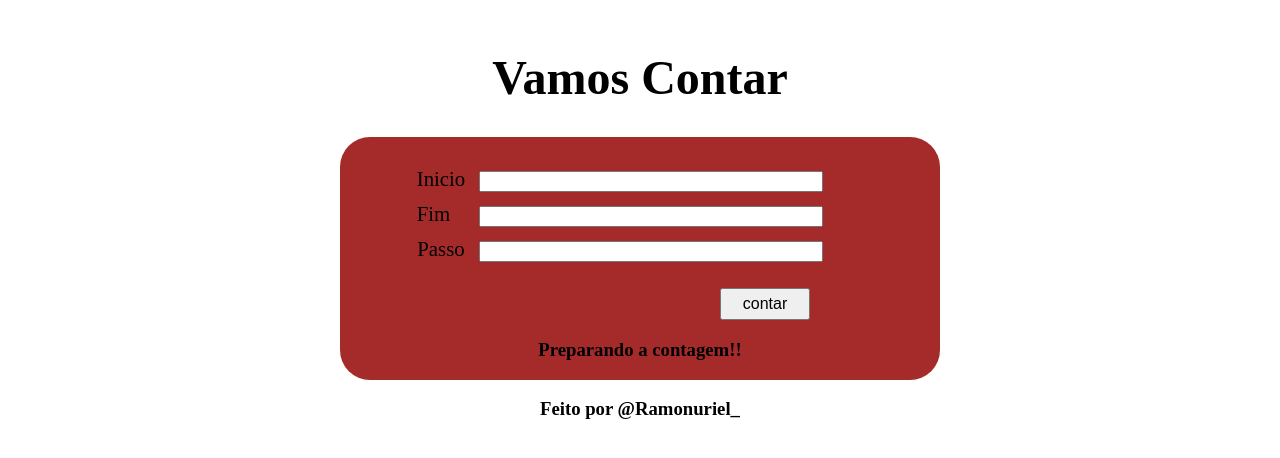
Repository: Ramonuriel/JS-Projetos
Page: Contador automatico/exercicio.html
The author's editor kept a copy of each file at every save. The page is drawn from the files as they stood at one save, then again after the next save.
The browser window is 1280 px wide. The pictures show the whole page.

Above is the page before, as saved 2022-12-27 21:17:28.

### Contador automatico/exercicio.html
<!DOCTYPE html>
<html lang="en">

<head>
  <meta charset="UTF-8">
  <meta http-equiv="X-UA-Compatible" content="IE=edge">
  <meta name="viewport" content="width=device-width, initial-scale=1.0">
  <link rel="stylesheet" href="style.css">
  <title>Exercicio</title>
</head>

<body>
  <h1 class="title">Vamos Contar</h1>
  <section class="projeto">
    <ul>
      <li>
        <label for="number">Inicio</label>
        <input type="number" name="" id="inicio">
      </li>
      <li>
        <label for="number">Fim</label>
        <input type="number" name="" id="Fim">
      </li>
      <li> <label for="number">Passo</label>
        <input type="number" name="" id="Passo">
      </li>
    </ul>
    <input class="btn" type="button" value="contar" onclick="contar()">

    <div>
      <h3 class="resultado">Preparando a contagem!!</h3>
    </div>
  </section>

  <footer>
    <h3>Feito por @Ramonuriel_</h3>
  </footer>



  <script src="exercicio.js"></script>
</body>

</html>

### Contador automatico/style.css
body {
  margin: 0;
  padding: 0;
  width: 100%;
  align-items: center;
  text-align: center;
}
.title {
  font-size: 3rem;
  margin-top: 50px;
}

.projeto {
  display: inline-flex;
  flex-direction: column;
  width: 600px;
  max-height: 100%;

  background-color: brown;
  align-items: left;
  justify-content: start;
  border-radius: 30px;
}

h2 {
  font-size: 2rem;
}

ul {
  margin-right: 80px;
  margin-top: 30px;
}
li {
  list-style-type: none;
  margin-bottom: 10px;
}

label {
  font-size: 1.3rem;
  margin-right: 10px;
}

input {
  width: 70%;
}
#Fim {
  margin-left: 15px;
}

.btn {
  font-size: 1rem;
  margin-left: 380px;
  width: 15%;
  height: 2rem;
  cursor: pointer;
}

### Contador automatico/exercicio.js
function contar() {
  let inicio = document.querySelector('#inicio')
  let fim = document.querySelector('#Fim')
  let passo = document.querySelector('#Passo')
  let res = document.querySelector('.resultado')

  if (
    inicio.value.length == 0 ||
    fim.value.length == 0 ||
    passo.value.length == 0
  ) {
    window.alert('[ERRO] Preencha todos os campos.')
  } else {
    res.innerHTML = 'Contando: '
    let i = Number(inicio.value)
    let f = Number(fim.value)
    let p = Number(passo.value)
    if (i < f)
      for (let c = i; c <= f; c += p) {
        res.innerHTML += ` ${c} \u{1f449}, `
      }
    else {
      for (let c = i; c >= f; c -= p) {
        res.innerHTML += ` ${c} \u{1f449}`
      }
    }
  }
}

After the next save:
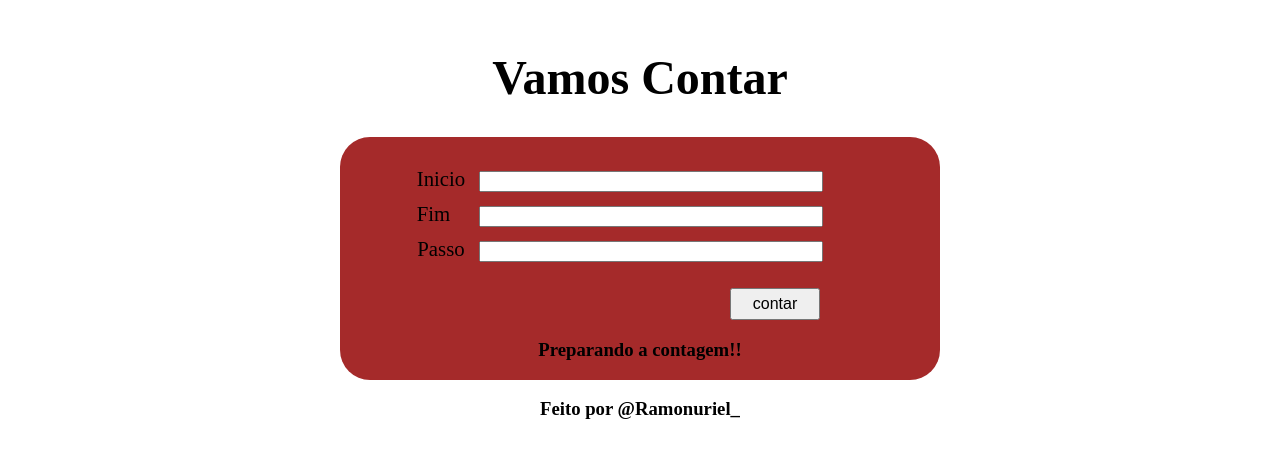
Saved 5 s later.
--- a/Contador automatico/style.css
+++ b/Contador automatico/style.css
@@ -49,7 +49,7 @@ input {
 
 .btn {
   font-size: 1rem;
-  margin-left: 380px;
+  margin-left: 390px;
   width: 15%;
   height: 2rem;
   cursor: pointer;
